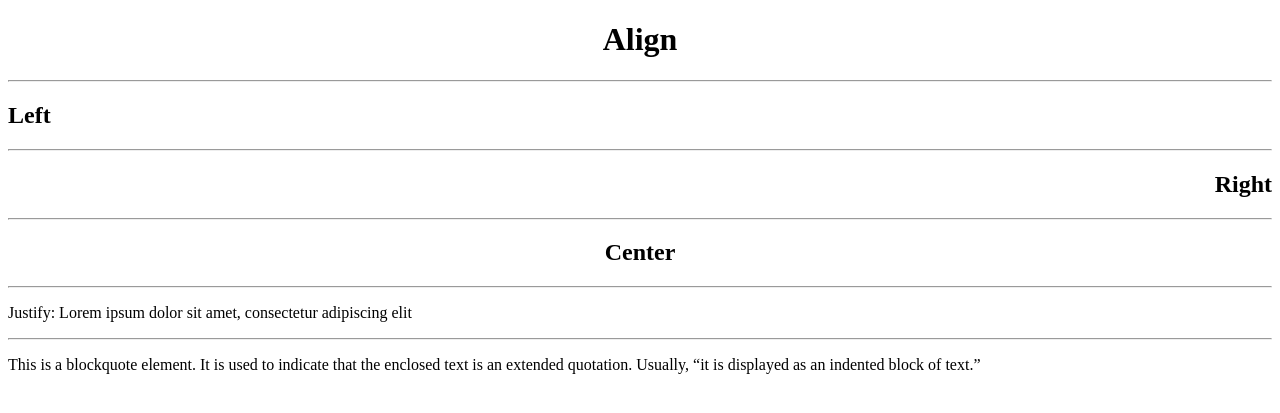
Repository: ankitgujre01/HTMLgeeks
Page: Attribute.html
These files come from the project's save history. The page is drawn as it stood at one moment and after the next save; the edit follows.
The browser window is 1280 px wide. The pictures show the whole page.

Above is the page before, as saved 2025-09-02 23:48:28.

### Attribute.html
<!DOCTYPE html>
<html>
    <head>
        <title>Attribute</title>
    </head>
    <body>
        <h1 align="center">Align</h1> <hr>
        <h2 align="left">Left</h2> <hr>
        <h2 align="right">Right</h2> <hr>
        <h2 align="center">Center</h2> <hr>
        <p align="justify">Justify: Lorem ipsum dolor sit amet, consectetur adipiscing elit</p>

        <hr>

        <blockqoute>
            <p>This is a blockquote element. It is used to indicate that the enclosed text is an extended quotation. Usually, <q>it is displayed as an indented block of text.</q></p>
        </blockqoute>
    </body>
</html>

After the next save:
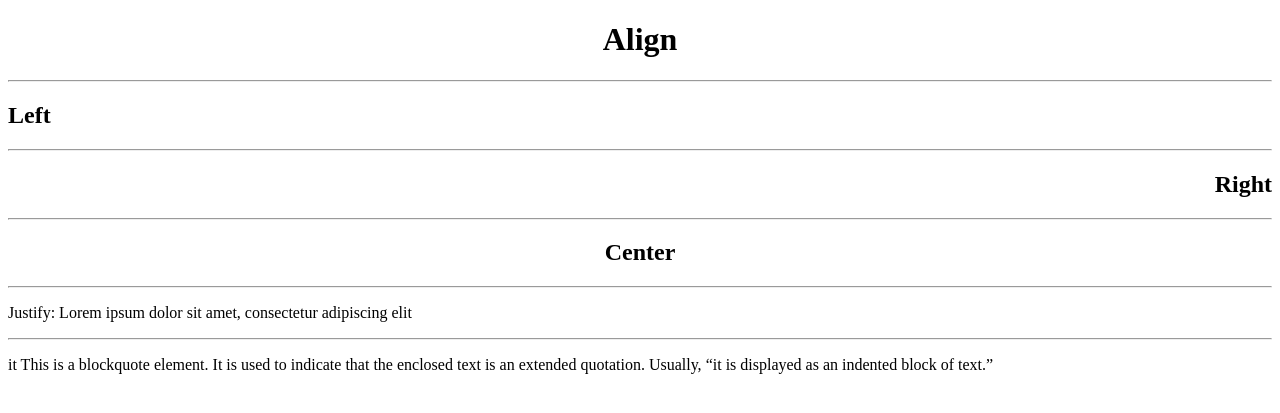
Saved 45 s later.
--- a/Attribute.html
+++ b/Attribute.html
@@ -13,7 +13,7 @@
         <hr>
 
         <blockqoute>
-            <p>This is a blockquote element. It is used to indicate that the enclosed text is an extended quotation. Usually, <q>it is displayed as an indented block of text.</q></p>
+            <p> it This is a blockquote element. It is used to indicate that the enclosed text is an extended quotation. Usually, <q>it is displayed as an indented block of text.</q></p>
         </blockqoute>
     </body>
 </html>

After the save that followed:
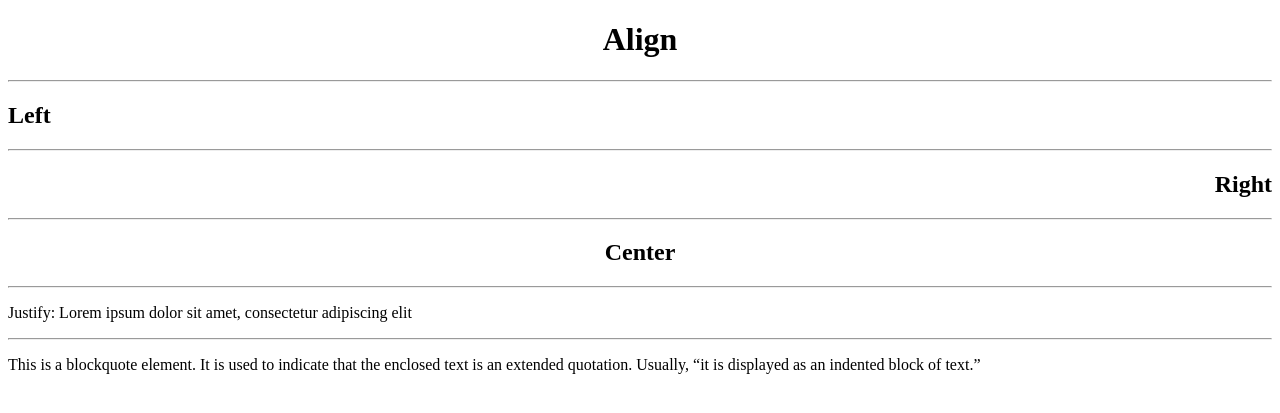
Saved 19 s later.
--- a/Attribute.html
+++ b/Attribute.html
@@ -13,7 +13,7 @@
         <hr>
 
         <blockqoute>
-            <p> it This is a blockquote element. It is used to indicate that the enclosed text is an extended quotation. Usually, <q>it is displayed as an indented block of text.</q></p>
+            <p> This is a blockquote element. It is used to indicate that the enclosed text is an extended quotation. Usually, <q>it is displayed as an indented block of text.</q></p>
         </blockqoute>
     </body>
 </html>
